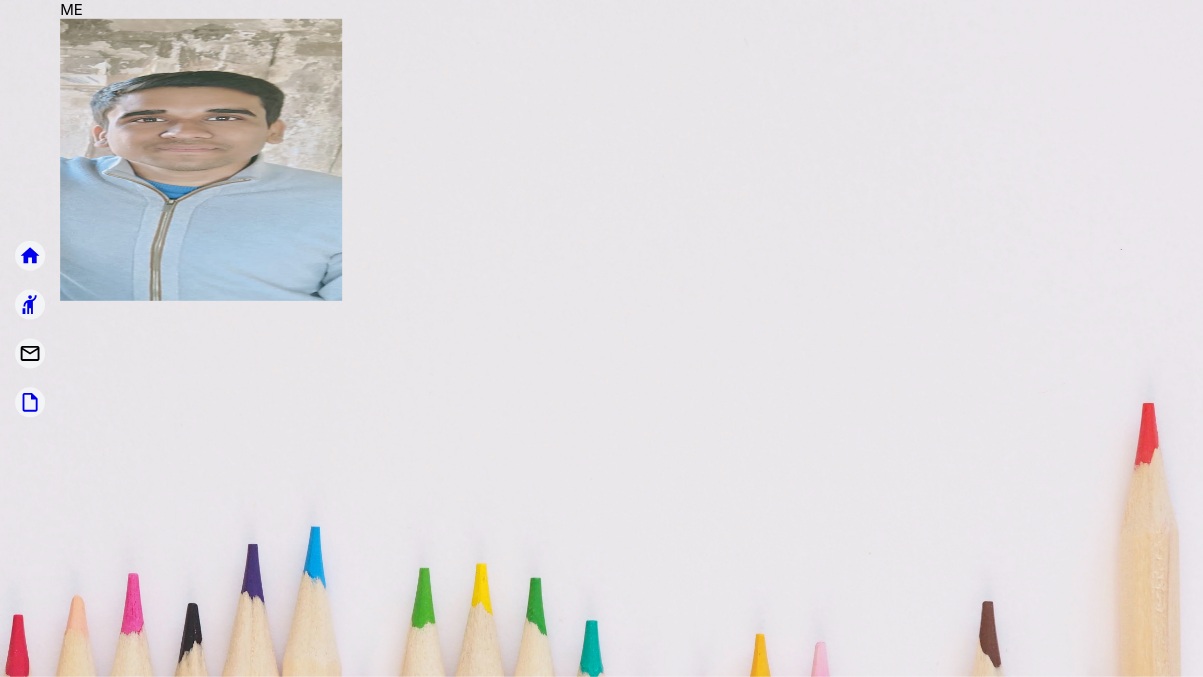
Repository: ujjawalmittal55/portfolio1
Page: /about
These files come from the project's save history. The page is drawn as it stood at one moment and after the next save; the edit follows.
The browser window is 1280 px wide. The pictures show the whole page, at 94% of full size.
The project was rebuilt for these pictures with package versions that can differ from the ones it lists, and the page was loaded fresh each time. Also part of the build but not shown: src/display.css, src/Display.tsx, src/Document.jsx.

Above is the page before, as saved 2022-05-06 17:35:23.

### public/index.html
<!DOCTYPE html>
<html lang="en">
  <head>

    <style>
      @import url('https://fonts.googleapis.com/css2?family=Montserrat:ital,wght@0,100;1,100&family=Source+Code+Pro:wght@300&display=swap');
    </style>
    <meta charset="utf-8" />
    <link rel="icon" href="%PUBLIC_URL%/favicon.ico" />
    <meta name="viewport" content="width=device-width, initial-scale=1" />
    <meta name="theme-color" content="#000000" />
    <meta
      name="description"
      content="Web site created using create-react-app"
    />
    <link rel="apple-touch-icon" href="%PUBLIC_URL%/logo192.png" />
    <!--
      manifest.json provides metadata used when your web app is installed on a
      user's mobile device or desktop. See https://developers.google.com/web/fundamentals/web-app-manifest/
    -->
    <link rel="manifest" href="%PUBLIC_URL%/manifest.json" />
    <!--
      Notice the use of %PUBLIC_URL% in the tags above.
      It will be replaced with the URL of the `public` folder during the build.
      Only files inside the `public` folder can be referenced from the HTML.

      Unlike "/favicon.ico" or "favicon.ico", "%PUBLIC_URL%/favicon.ico" will
      work correctly both with client-side routing and a non-root public URL.
      Learn how to configure a non-root public URL by running `npm run build`.
    -->
    <title>React App</title>
  </head>
  <body>
    <noscript>You need to enable JavaScript to run this app.</noscript>
    <div id="root"></div>
    <!--
      This HTML file is a template.
      If you open it directly in the browser, you will see an empty page.

      You can add webfonts, meta tags, or analytics to this file.
      The build step will place the bundled scripts into the <body> tag.

      To begin the development, run `npm start` or `yarn start`.
      To create a production bundle, use `npm run build` or `yarn build`.
    -->
  </body>
</html>

### src/index.tsx
import React from "react";
import ReactDOM from "react-dom/client";
import "./index.css";
import App from "./App";
import Portfolio from "./Portfolio";
import SideBar from "./SideBar";

import reportWebVitals from "./reportWebVitals";
import { BrowserRouter } from "react-router-dom";

const rootElement = document.getElementById("root");
if (!rootElement) throw new Error("Failed to find the root element");
const root = ReactDOM.createRoot(rootElement);
root.render(
  <React.StrictMode>
    <BrowserRouter>
      <Portfolio />
    </BrowserRouter>
  </React.StrictMode>
);

// If you want to start measuring performance in your app, pass a function
// to log results (for example: reportWebVitals(console.log))
// or send to an analytics endpoint. Learn more: https://bit.ly/CRA-vitals
reportWebVitals();

### src/Portfolio.tsx
import React, { Component } from "react";
import { BrowserRouter, Route, Link, Routes } from "react-router-dom";
import Display from "./Display";
import "./homepage.css";
import SideBar from "./SideBar";
import About from "./About";
import Document from "./Document";
function Portfolio() {
  return (
    <div className="Home">
      <div className="sidebar">
        <SideBar />
      </div>
      <div className="main_content">
        <Routes>
          <Route path="/" element={<Display />} />
          <Route path="/about" element={<About />} />
          <Route path="/contact" element={<Display />} />
          <Route path="/projects" element={<Display />} />
          <Route path="/resume" element={<Document />} />
        </Routes>
      </div>
    </div>
  );
}

export default Portfolio;

### src/homepage.css
.Home {
  background-image: url("/public/bg.jpg");
  background-size: cover;
  background-repeat: no-repeat;
  display: flex;
}
.main_content {
  flex: 1;
}

### src/SideBar.tsx
import React from "react";
import {
  BrowserRouter as Router,
  Route,
  Link,
  useParams,
  NavLink,
} from "react-router-dom";

import "./sidebar.css";
import HomeIcon from "@mui/icons-material/Home";
import HailIcon from "@mui/icons-material/Hail";
import InsertDriveFileOutlinedIcon from "@mui/icons-material/InsertDriveFileOutlined";
import EmailOutlinedIcon from "@mui/icons-material/EmailOutlined";

function SideBar() {
  return (
    <div>
      <div className="sidebar">
        <ul className="sidebar-items">
          <li className="list">
            <Link to="/">
              <div className="list-div">
                <HomeIcon>home</HomeIcon>
              </div>
            </Link>
          </li>
          <Link to="/about">
            <li className="list">
              <div className="list-div">
                <HailIcon>home</HailIcon>
              </div>
            </li>
          </Link>

          <li className="list">
            <div className="list-div">
              <EmailOutlinedIcon>home</EmailOutlinedIcon>
            </div>
          </li>
          <Link to="/resume">
            <li className="list">
              <div className="list-div">
                <InsertDriveFileOutlinedIcon>home</InsertDriveFileOutlinedIcon>
              </div>
            </li>
          </Link>
        </ul>
      </div>
    </div>
  );
}

export default SideBar;

### src/About.jsx
import React from "react";
import "./about.css";
function About() {
  return (
    <div className="about">
      <div>ME</div>
      <div>
        <img src="/my.jpeg" width="300" height="300" />
      </div>
    </div>
  );
}

export default About;

### src/sidebar.css
.sidebar {
  height: 100%;
  /* background-color: rgb(221, 195, 195) */
}
.sidebar {
  height: 100vh;
  display: grid;
  align-items: center;
  text-align: center;
  text-decoration: none;
}
.sidebar-items {
  padding: 0;
  margin: 1em;
}

.list {
  font-size: 1em;
  margin-bottom: 1.25em;
  list-style-type: none;
  text-align: center;
  text-decoration: none;
  padding: auto;
}

.list-div:hover {
  text-decoration: underline;
  transform: scale(1.25);
  background-color: rgb(126, 128, 247);
}

.list-div {
  display: flex;
  justify-content: center;
  align-items: center;
  text-align: center;
  height: 2em;
  width: 2em;
  background-color: rgb(242, 244, 245);
  border-radius: 50%;
  transition-duration: 0.5s;
}

### src/about.css
.about {
  display: flex;
  float: left;
  flex-direction: column;
}

Loaded but not shown: src/index.css (common file); src/reportWebVitals.js (common file)

After the next save:
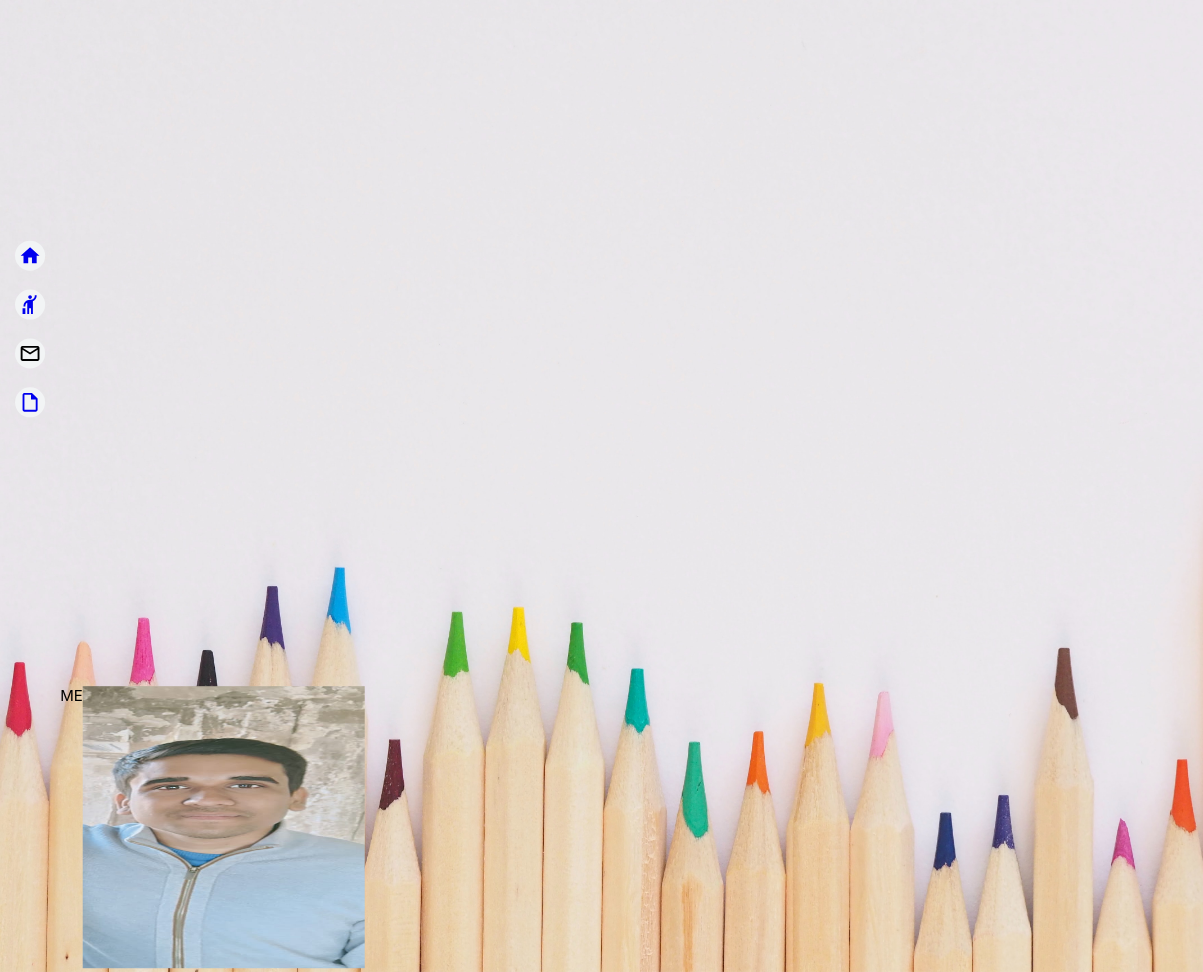
Saved 27 s later.
--- a/src/about.css
+++ b/src/about.css
@@ -1,5 +1,5 @@
 .about {
+  margin-top: 60%;
   display: flex;
-  float: left;
-  flex-direction: column;
+  flex-direction: row;
 }
